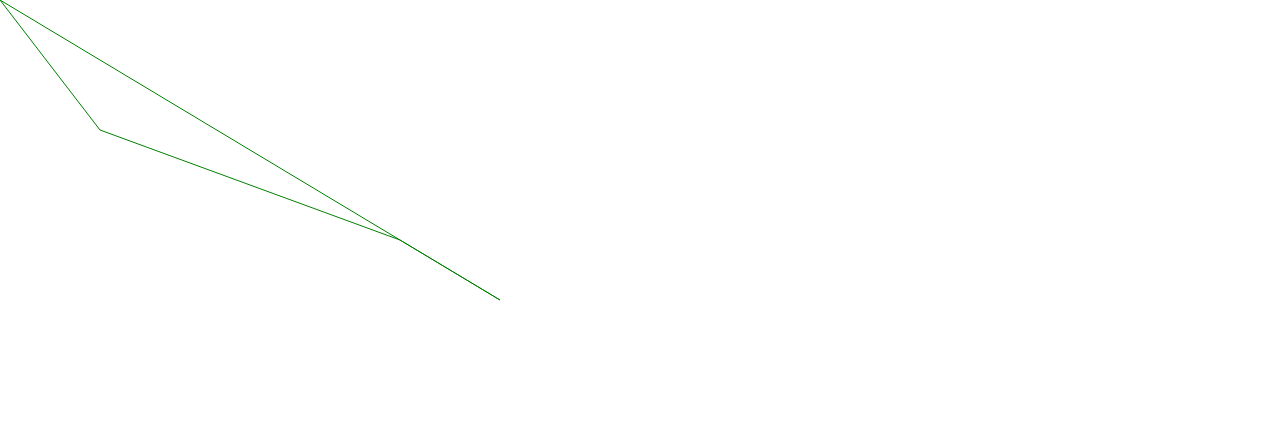
Repository: Lixianlai-2/Canvas-demo
Page: index.html
The author's editor kept a copy of each file at every save. The page is drawn from the files as they stood at one save, then again after the next save.
The browser window is 1280 px wide. The pictures show the whole page.

Above is the page before, as saved 2021-12-19 19:28:20.

After the next save:
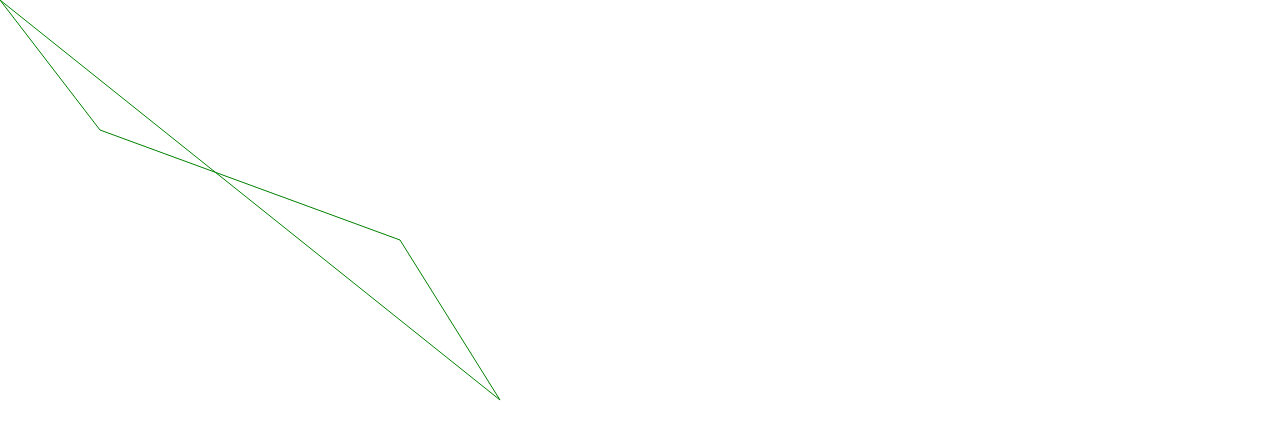
Saved 14 s later.
--- a/main.js
+++ b/main.js
@@ -20,7 +20,7 @@ ctx.lineTo(100, 130);
 // 第三个点的位置
 ctx.lineTo(400, 240);
 
-ctx.lineTo(500, 300);
+ctx.lineTo(500, 400);
 
 //将最后一个点和第一个点连接起来
 ctx.closePath();
